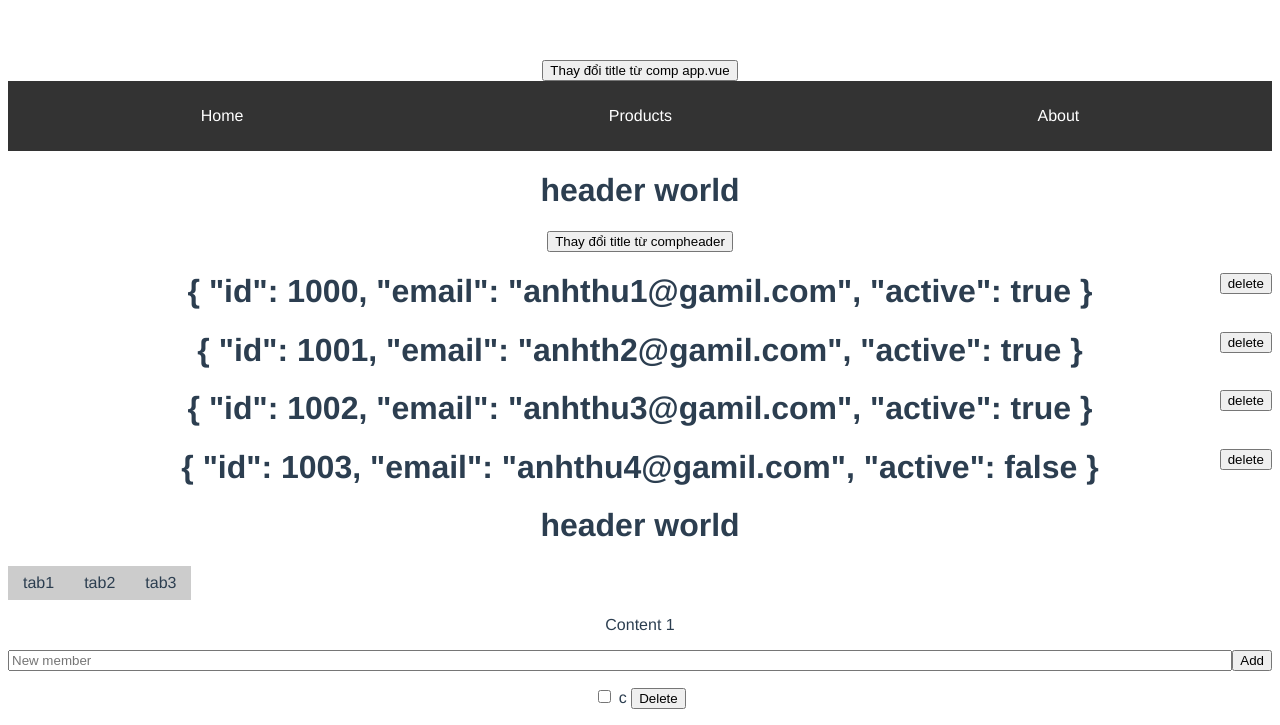
Repository: anhthu112/Todo-list
Page: /
An editor plug-in stored every save of this project. The page is shown before and after a run of saves, followed by the edit.
The browser window is 1280 px wide. The pictures show the whole page.
The project was rebuilt for these pictures with package versions that can differ from the ones it lists, and the page was loaded fresh each time. Requests to the local data server were answered from the project's data file. Also part of the build but not shown: vue.config.js.

Above is the page before, as saved 2024-02-01 09:23:47.

After the next 3 saves:
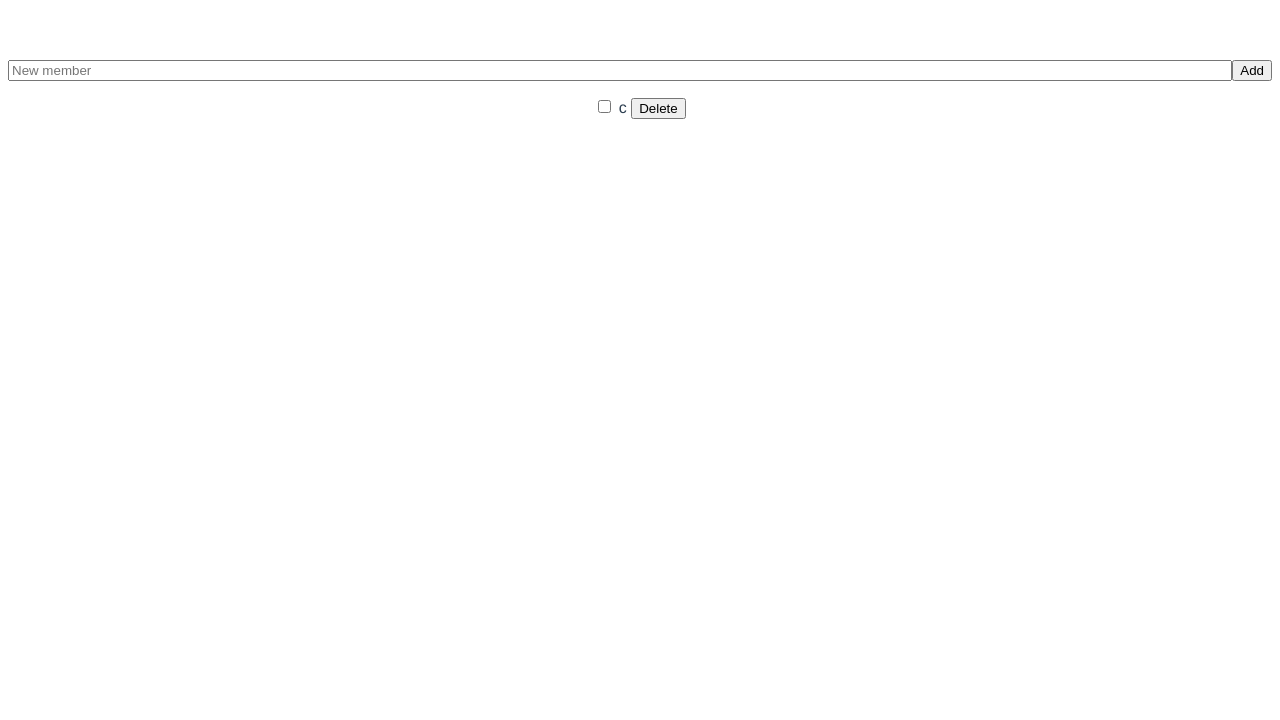
The 3 saves are shown as one change because 2 did not build or start.
The last was saved 2 min 58 s later.
--- a/src/App.vue
+++ b/src/App.vue
@@ -1,61 +1,18 @@
 <template>
   <div class="container">
-    <button v-on:click="title='Yoon Jeonghan'">Thay đổi title từ comp app.vue</button>
-    <CompHeader v-bind:titles="title"/>
-    <router-view/>
-    <ListUser v-bind:listUser="listUser"
-    v-on:deleteEvent="handleDeleteUser"
-    />
-    <ComFooter v-bind:title="title"/>
-    <DemoRef>
-      <p>mệt quá em muốn về nhà</p>
-    </DemoRef>
+  <CompTodo/>
   </div>
-  <CompTodo/>
-
 </template>
 
 <script>
-import CompHeader from './components/CompHeader.vue';
-import ComFooter from './components/ComFooter.vue';
-import ListUser from './components/ListUser.vue';
-import DemoRef from './components/DemoRef.vue';
 import CompTodo from './components/CompTodo.vue';
 
 export default {
   name: 'App',
-  data(){
-    return {
-      title:'header world',
-      listUser : [
-        {id:1000, email:'anhthu1@gamil.com', active: true},
-        {id:1001, email:'anhth2@gamil.com', active: true},
-        {id:1002, email:'anhthu3@gamil.com', active: true},
-        {id:1003, email:'anhthu4@gamil.com', active: false}
-      ],
 
-      textSvt: "Seventen",
-    }
-  },
   components: {
-    CompHeader,
-    ComFooter,
-    ListUser,
-    DemoRef,
     CompTodo,
 },
-  methods:{
-    changeTitleEvent(){
-      console.log('sucess');
-      this.title="Hello Anna";
-    },
-    handleDeleteUser(data) {
-  console.log('mit moi', data);
-  this.listUser = this.listUser.filter(a => a.id !== data.id);
-  console.log(this.listUser);
-}
-
-  }
 }
 </script>
 
--- a/src/components/TodoItem.vue
+++ b/src/components/TodoItem.vue
@@ -11,7 +11,6 @@
       name: 'todo-item',
       data (){
         return {
-          // checkMark: this.todoProps.completed,
         }
       },
       props: ['todoProps'],
